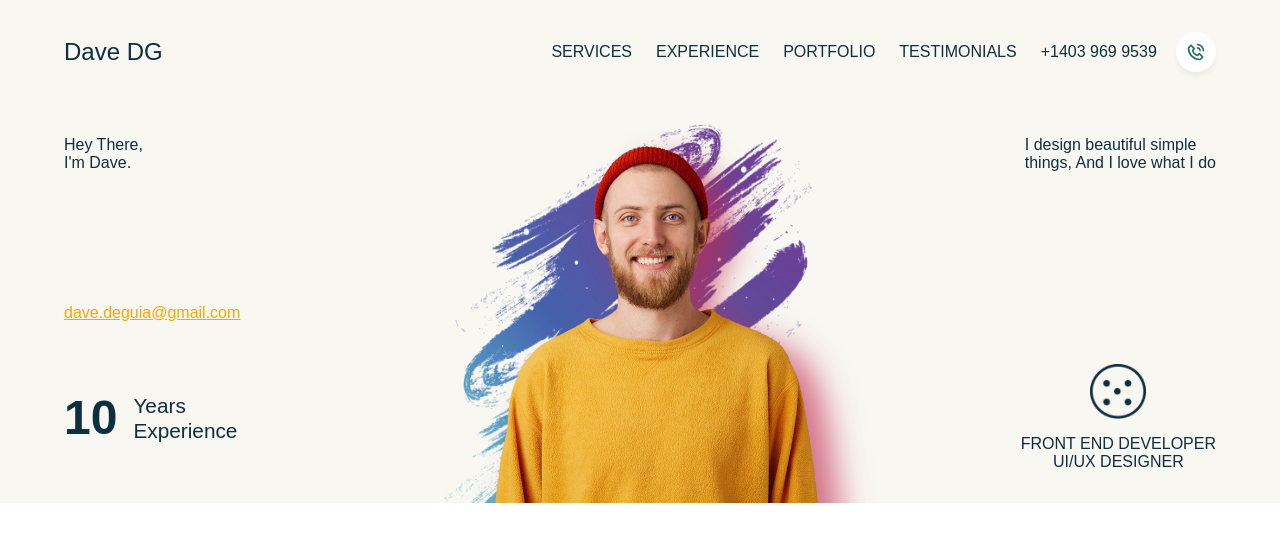
Repository: davedeguia/framer-motion-portfolio
Page: /
An editor plug-in stored every save of this project. The page is shown before and after the next save, followed by the edit.
The browser window is 1280 px wide. The pictures show the whole page.
Some web fonts or font styles are not loaded; a fallback is used. The project was rebuilt for these pictures with package versions that can differ from the ones it lists, and the page was loaded fresh each time. Also part of the build but not shown: vite.config.js.

Above is the page before, as saved 2023-02-10 04:42:10.

### index.html
<!DOCTYPE html>
<html lang="en">
  <head>
    <meta charset="UTF-8" />
    <link rel="icon" type="image/svg+xml" href="/vite.svg" />
    <meta name="viewport" content="width=device-width, initial-scale=1.0" />
    <link rel="stylesheet" href="https://stijndv.com/fonts/Eudoxus-Sans.css" />
      <title>Dave DG</title>
  </head>
  <body>
    <div id="root"></div>
    <script type="module" src="/src/main.jsx"></script>
  </body>
</html>

### src/main.jsx
import React from 'react'
import ReactDOM from 'react-dom/client'
import App from './App'
import './styles/index.css'
import './styles/global.scss'

ReactDOM.createRoot(document.getElementById('root')).render(
  <React.StrictMode>
    <App />
  </React.StrictMode>
)

### src/App.jsx
import Header from './components/Header/Header'
import Hero from './components/hero/Hero'
import css from './styles/app.module.scss'

const App = () => {
  return (
    <div className={`bg-primary ${css.container}`}>
      <Header />
      <Hero />
    </div>
  )
}

export default App

### src/styles/index.css
* {
    margin: 0;
    padding: 0;
    box-sizing: border-box;
    scroll-behavior: smooth;
    font-family: "Eudoxus Sans", sans-serif;
  }

### src/styles/global.scss
@import './constants.scss';

.bg-primary {
  background: #F8F7F1;
}

.innerWidth {
  @media (min-width: $xxl) {
    max-width: 1280px;
    margin: auto;
  }

  width: 100%;
}

.paddings {
  @media (min-width: $sm) {
    padding: 4rem;
  }


  @media (min-width: $xl),
  (min-width: $md) {
    padding-top: 2rem;
    padding-bottom: 2rem;
  }

  padding-left: 1.5rem;
  padding-right: 1.5rem;
  padding-top: 1.5rem;
  padding-bottom: 1.5rem;
}



.xPaddings {
  @media (min-width: $sm) {
    padding-left: 4rem;
    padding-right: 4rem;
  }

  padding-left: 1.5rem;
  /* 24px */
  padding-right: 1.5rem;
  /* 24px */
}

.yPaddings {
  @media (min-width: $sm) {
    padding-top: 4rem;
    padding-bottom: 4rem;
  }

  @media (min-width: $xl) {
    padding-top: 2rem;
    padding-bottom: 2rem;
  }

  padding-top: 3rem;
  padding-bottom: 3rem;
}

.topPaddings {
  @media (min-width : $sm) {
    padding-top: 4rem;
  }

  @media (min-width: $xl) {
    padding-top: 2rem;
  }

  padding-top: 3rem;
}


.bottomPaddings {
  @media (min-width : $sm) {
    padding-bottom: 4rem;
  }

  @media (min-width: $xl) {
    padding-bottom: 2rem;
  }

  padding-bottom: 3rem;
}


.flexCenter {
  display: flex;
  justify-content: center;
  align-items: center;
}

.flexStart {
  display: flex;
  justify-content: start;
  align-items: center;
}

.flexEnd {
  display: flex;
  justify-items: end;
}

.primaryText {
  @media (max-width: $sm) {
    font-size: 2.5rem;
  }
  font-size: 3rem;
  font-weight: bold;
}

.secondaryText {
  @media (max-width: $sm) {
    font-size: 1.1rem;
    line-height: 40px;
  }
  line-height: 50px;
  font-size: 1.3rem;
  font-weight: 500
}
.anchor {
  display: block;
  position: relative;
  top: -100px;
  visibility: hidden;
}

### src/components/Header/Header.jsx
import React, { useState } from 'react'
import css from './Header.module.scss'
import { BiMenuAltRight, BiPhoneCall } from 'react-icons/bi'
import { motion } from 'framer-motion'
import { getMenuStyles, headerVariants } from '../../utils/motion'
import useHeaderShadow from '../../hooks/useHeaderShadow'

const Header = () => {
  const [menuOpened, setMenuOpened] = useState(false)
  const headerShadow = useHeaderShadow()
  return (
    <motion.div
      initial='hidden'
      whileInView='show'
      variants={headerVariants}
      viewport={{ once: false, amount: 0.25 }}
      className={`paddings ${css.wrapper}`}
      style={{ boxShadow: headerShadow }}
    >
      <div className={`flexCenter innerWidth ${css.container}`}>
        <div className={css.name}>Dave DG</div>
        <ul
          style={getMenuStyles(menuOpened)}
          className={`flexCenter ${css.menu}`}
        >
          <li>
            <a href=''>Services</a>
          </li>

          <li>
            <a href=''>Experience</a>
          </li>

          <li>
            <a href=''>Portfolio</a>
          </li>

          <li>
            <a href=''>Testimonials</a>
          </li>

          <li className={`flexCenter ${css.phone}`}>
            <p>+1403 969 9539</p>
            <BiPhoneCall size={'40px'} />
          </li>
        </ul>
        {/* for medium and small screens */}
        <div
          className={css.menuIcon}
          onClick={() => setMenuOpened((prev) => !prev)}
        >
          <BiMenuAltRight size={30} />
        </div>
      </div>
    </motion.div>
  )
}

export default Header

### src/components/hero/Hero.jsx
import React from 'react'
import css from './Hero.module.scss'

const Hero = () => {
  return (
    <section className={`paddings ${css.wrapper}`}>
      <div className={`innerWidth ${css.container}`}>
        {/* upper elements */}
        <div className={css.upperElements}>
          <span>
            Hey There, <br /> I'm Dave.
          </span>
          <span>
            I design beautiful simple <br /> things, And I love what I do
          </span>
        </div>

        {/* person image */}
        <div className={css.person}>
          <img src='./person.png' alt='' />
        </div>

        {/* email */}
        <a className={css.email} href='mailto:dave.deguia@gmail.com'>
          dave.deguia@gmail.com
        </a>

        {/* lower elements */}
        <div className={css.lowerElements}>
          <div className={css.experience}>
            <div className='primaryText'>10</div>
            <div className='secondaryText'>
              <div>Years</div>
              <div>Experience</div>
            </div>
          </div>
          <div className={css.certificate}>
            <img src='./certificate.png' alt='' />
            <span>FRONT END DEVELOPER</span>
            <span>UI/UX DESIGNER</span>
          </div>
        </div>
      </div>
    </section>
  )
}

export default Hero

### src/styles/app.module.scss
@import './constants.scss';

.container{
    overflow-x: clip;
    position: relative;
    color: $primary;

}

### src/components/Header/Header.module.scss
@import './../../styles/constants.scss';

.wrapper {
    position: relative;
    z-index: 99;
    opacity: 1;
    transform: none;
    position: sticky;
    top: 0px;
    transition: all 300ms ease;

    .container {
        position: relative;
        justify-content: space-between;
        font-weight: 500;

        .name {
            font-size: 1.5rem;
            font-weight: 500;
        }

        .menu {

            @media (max-width: $sm),
            (max-width: $md) {
                position: absolute;
                list-style: none;
                gap: 2rem;
                font-weight: 500;
                flex-direction: column;
                right: 0;
                top: 3rem;
                height: calc(100vh - 6.3rem);
                width: 50%;
                min-width: 15rem;
                background: white;
                padding: 2rem;
                display: flex;
                border-radius: 10px;
                transition: all 200ms ease;
                align-items: flex-start;
                padding: 3rem;
                justify-content: flex-start;
                box-shadow: 0px 4px 4px rgba(0, 0, 0, 0.05);
            }

            text-transform: uppercase;
            font-size: 1rem;
            list-style: none;
            gap: 1.5rem;
            cursor: pointer;

            li {
                a {
                    color: inherit;
                    text-decoration: none;
                }

                &:hover {
                    color: $secondary;
                }
            }

            .phone {
                gap: 1.2rem;
                flex-wrap: wrap;

                svg {
                    color: $secondary;
                    background-color: white;
                    padding: 10px;
                    border-radius: 999px;
                    box-shadow: 0px 4px 4px rgba(0, 0, 0, 0.05);
                }
            }
        }



        .menuIcon {

            @media (max-width: $sm),
            (max-width: $md) {
                display: block;
            }

            display: none;
        }
    }
}

### src/utils/motion.js
export const headerVariants = {
  hidden: {
    opacity: 0,
    y: -50,
    transition: {
      type: 'spring',
      stiffness: 300,
      damping: 140,
    },
  },
  show: {
    opacity: 1,
    y: 0,
    transition: {
      type: 'spring',
      stiffness: 80,
      delay: 1,
    },
  },
}

export const slideIn = (direction, type, delay, duration) => ({
  hidden: {
    x: direction === 'left' ? '-100%' : direction === 'right' ? '100%' : 0,
    y: direction === 'up' ? '100%' : direction === 'down' ? '100%' : 0,
  },
  show: {
    x: 0,
    y: 0,
    transition: {
      type,
      delay,
      duration,
      ease: 'easeOut',
    },
  },
})

export const staggerContainer = (staggerChildren, delayChildren) => ({
  hidden: {},
  show: {
    transition: {
      staggerChildren,
      delayChildren,
    },
  },
})

export const textVariant = (delay) => ({
  hidden: {
    y: 50,
    opacity: 0,
  },
  show: {
    y: 0,
    opacity: 1,
    transition: {
      type: 'spring',
      duration: 1.25,
      delay,
    },
  },
})

export const textVariant2 = {
  hidden: {
    opacity: 0,
    y: 20,
  },
  show: {
    opacity: 1,
    y: 0,
    transition: {
      type: 'tween',
      ease: 'easeIn',
    },
  },
}

export const fadeIn = (direction, type, delay, duration) => ({
  hidden: {
    x: direction === 'left' ? 100 : direction === 'right' ? -100 : 0,
    y: direction === 'up' ? 100 : direction === 'down' ? -100 : 0,
    opacity: 0,
  },
  show: {
    x: 0,
    y: 0,
    opacity: 1,
    transition: {
      type,
      delay,
      duration,
      ease: 'easeOut',
    },
  },
})

export const zoomIn = (delay, duration) => ({
  hidden: {
    scale: 0,
    opacity: 0,
  },
  show: {
    scale: 1,
    opacity: 1,
    transition: {
      type: 'tween',
      delay,
      duration,
      ease: 'easeOut',
    },
  },
})

export const footerVariants = {
  hidden: {
    opacity: 0,
    y: 50,
    transition: {
      type: 'spring',
      stiffness: 300,
      damping: 140,
    },
  },
  show: {
    opacity: 1,
    y: 0,
    transition: {
      type: 'spring',
      stiffness: 80,
      delay: 0.5,
    },
  },
}

export const staggerChildren = {
  hidden: { opacity: 0 },
  show: {
    opacity: 1,
    transition: {
      staggerChildren: 0.5,
    },
  },
}

export const getMenuStyles = (menuOpened) => {
  if (document.documentElement.clientWidth <= 640) {
    return { right: !menuOpened && '-100%' }
  }
}

### src/components/hero/Hero.module.scss
@import './../../styles/constants.scss';

.wrapper {
    overflow: hidden;

    .container {
        position: relative;
        z-index: 1;

        .upperElements {
            @media (max-width: $sm) {
                justify-content: center;
                text-align: center;
                gap: 2rem;
            }
            display: flex;
            align-items: center;
            justify-content: space-between;
            flex-wrap: wrap;
        }

        .lowerElements {
            @media (max-width: $sm), (max-width: $md) {
                margin-top: 4rem;
                gap: 2rem;
                justify-content: center;
            }
            margin-top: 12rem;
            display: flex;
            flex-wrap: wrap;
            justify-content: space-between;

            .experience {
                display: flex;
                align-items: center;
                gap: 1rem;

                >:nth-child(2) {
                    line-height: 25px;
                }
            }

            .certificate {
                display: flex;
                flex-direction: column;
                align-items: center;

                img {
                    margin-bottom: 1rem;
                    width: 3.5rem;
                }
            }
        }

        .person {
            @media (max-width: $sm), (max-width: $md) {
                position: relative;
                left: 0;
                background-size: 20rem;
                display: flex;
                align-items: center;
                justify-content: center;
                background-position: bottom;
            }
            position: absolute;
            bottom: -2rem;
            margin: auto;
            background-image: url('../splash.png');
            background-repeat: no-repeat;
            background-size: 23rem;
            left: 33%;

            img {
                @media (max-width: $sm) {
                    width: 23rem;
                }
                margin-bottom: -5px;
            }
        }

        .email {
            @media (max-width: $sm) {
                position: relative;
                display: none;
            }
            position: absolute;
            top: 50%;
            color: orange;
            left: 0;
        }
    }
}

Loaded but not shown: src/styles/constants.scss (common file); src/hooks/useHeaderShadow.jsx (common file)

After the next save:
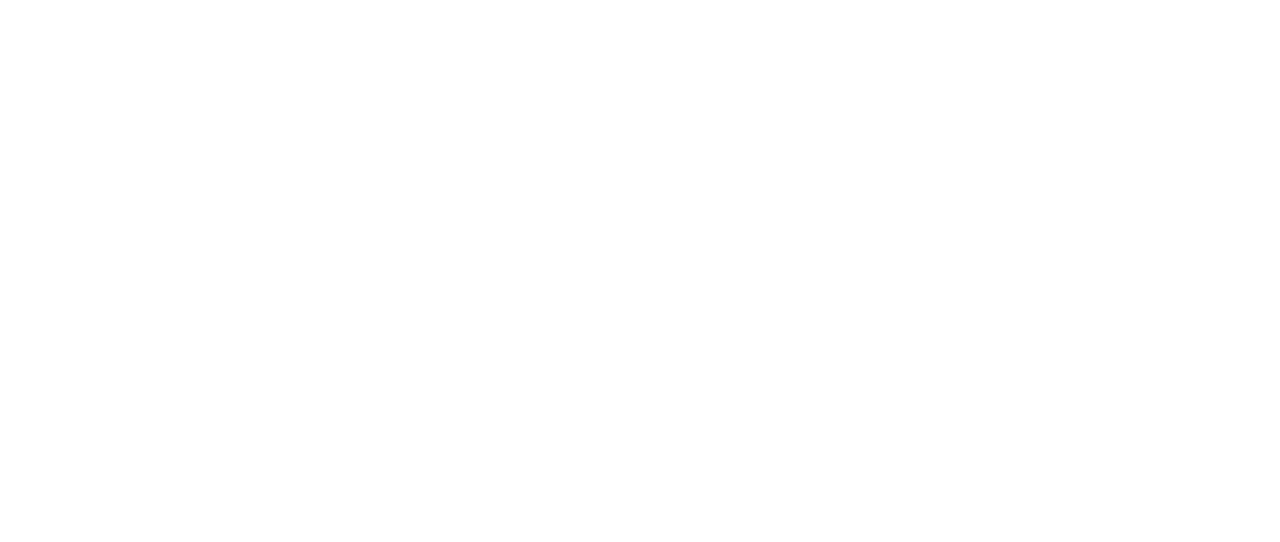
Console error: ReferenceError: motion is not defined
Saved 43 s later.
--- a/src/components/hero/Hero.jsx
+++ b/src/components/hero/Hero.jsx
@@ -4,7 +4,7 @@
 const Hero = () => {
   return (
     <section className={`paddings ${css.wrapper}`}>
-      <div className={`innerWidth ${css.container}`}>
+      <motion.div className={`innerWidth ${css.container}`}>
         {/* upper elements */}
         <div className={css.upperElements}>
           <span>
@@ -40,7 +40,7 @@
             <span>UI/UX DESIGNER</span>
           </div>
         </div>
-      </div>
+      </motion.div>
     </section>
   )
 }

After the save that followed:
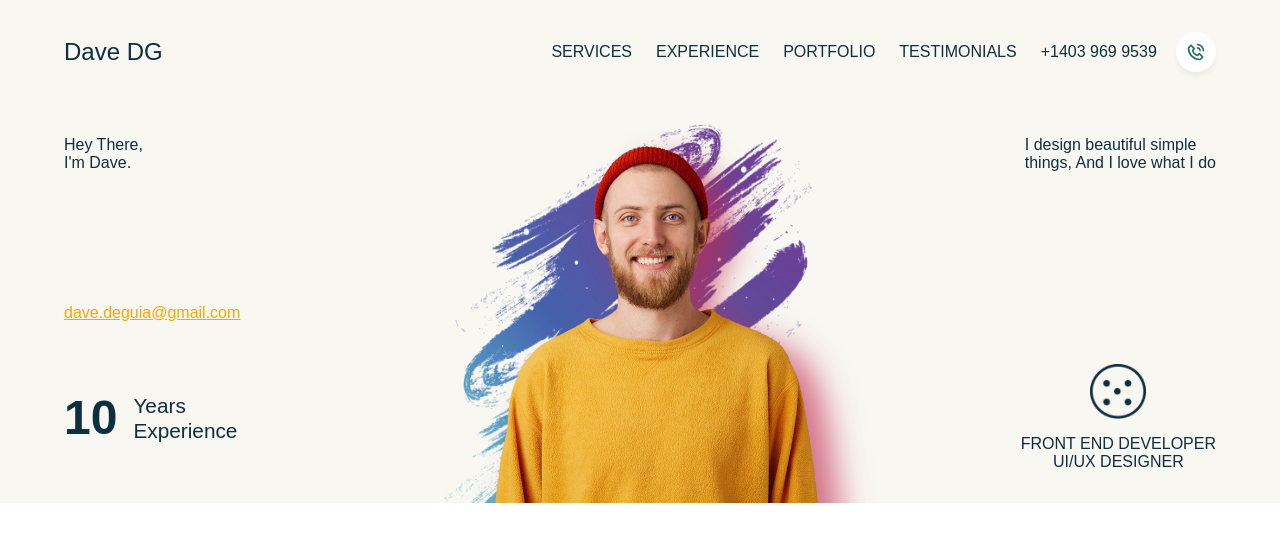
The error is gone.
Saved 20 s later.
--- a/src/components/hero/Hero.jsx
+++ b/src/components/hero/Hero.jsx
@@ -1,5 +1,6 @@
 import React from 'react'
 import css from './Hero.module.scss'
+import { motion } from 'framer-motion'
 
 const Hero = () => {
   return (
